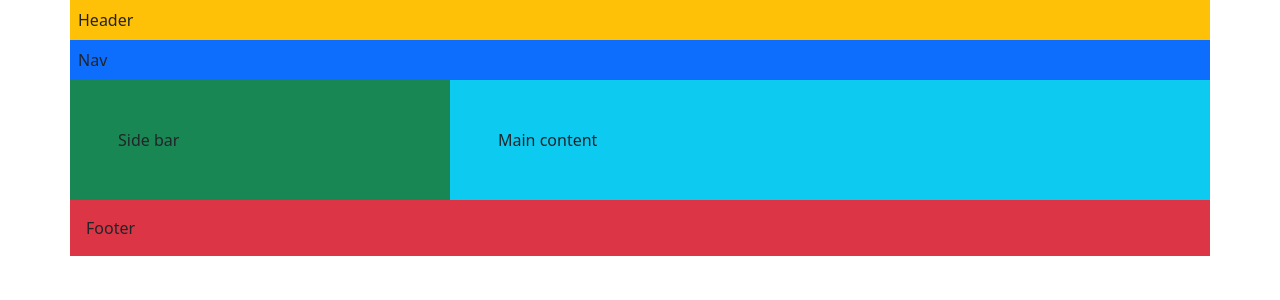
Repository: KizukoHeiwa/SOF308
Page: Lab1/index.html
The author's editor kept a copy of each file at every save. The page is drawn from the files as they stood at one save, then again after the next save.
The browser window is 1280 px wide. The pictures show the whole page.

Above is the page before, as saved 2024-10-31 09:48:34.

### Lab1/index.html
<!DOCTYPE html>
<html lang="en">
<head>
    <meta charset="UTF-8">
    <meta name="viewport" content="width=device-width, initial-scale=1.0">
    <title>FPT Polytechnic</title>
    <link href="https://cdn.jsdelivr.net/npm/bootstrap@5.3.3/dist/css/bootstrap.min.css" rel="stylesheet" integrity="sha384-QWTKZyjpPEjISv5WaRU9OFeRpok6YctnYmDr5pNlyT2bRjXh0JMhjY6hW+ALEwIH" crossorigin="anonymous">
<script src="https://cdn.jsdelivr.net/npm/bootstrap@5.3.3/dist/js/bootstrap.bundle.min.js" integrity="sha384-YvpcrYf0tY3lHB60NNkmXc5s9fDVZLESaAA55NDzOxhy9GkcIdslK1eN7N6jIeHz" crossorigin="anonymous"></script>
</head>
<body>
    <div class="container">
        <header class="row bg-warning p-2">Header</header>
        <nav class="row bg-primary p-2">Nav</nav>
        <section class="row">
            <aside class="col-sm-4 bg-success p-5">Side bar</aside>
            <article class="col-sm-8 bg-info p-5">Main content</article>
        </section>
        <footer class="row bg-danger p-3">Footer</footer>
    </div>
</body>
</html>

After the next save:
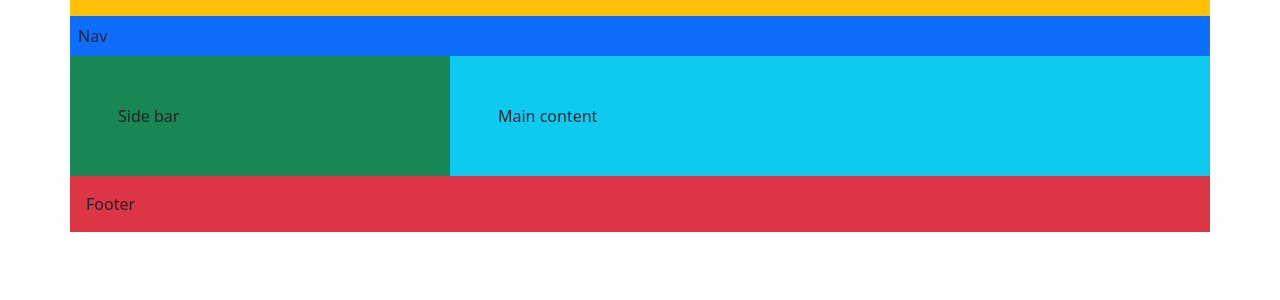
Saved 3 min 7 s later.
--- a/Lab1/index.html
+++ b/Lab1/index.html
@@ -9,7 +9,9 @@
 </head>
 <body>
     <div class="container">
-        <header class="row bg-warning p-2">Header</header>
+        <header class="row bg-warning p-2">
+
+        </header>
         <nav class="row bg-primary p-2">Nav</nav>
         <section class="row">
             <aside class="col-sm-4 bg-success p-5">Side bar</aside>
